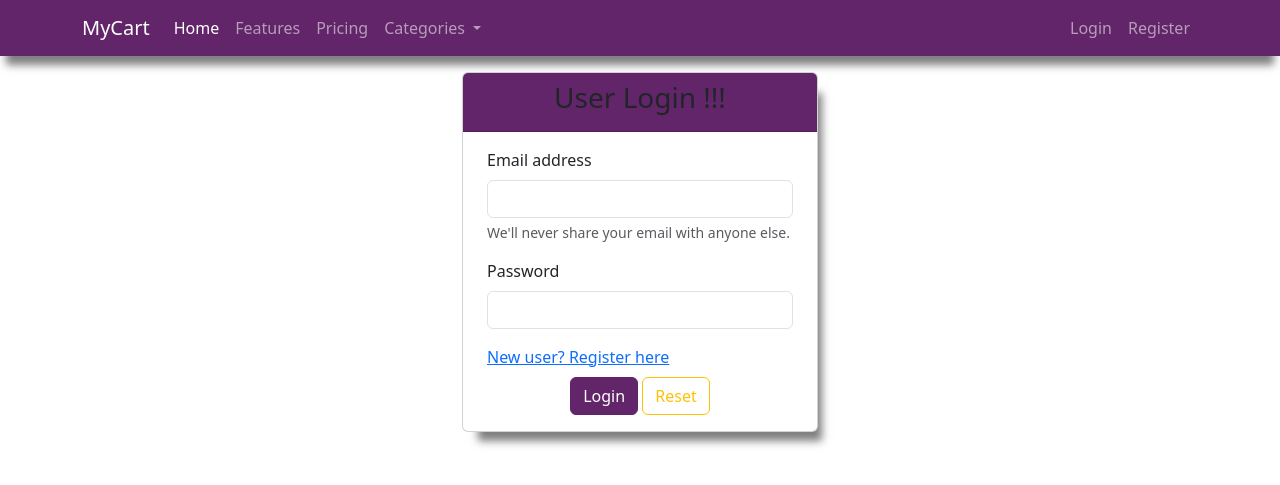
Repository: siddhant-gore/java-ecommerce
Page: http://localhost/myCart/login.jsp
The author's editor kept a copy of each file at every save. The page is drawn from the files as they stood at one save, then again after the next save.
The browser window is 1280 px wide. The pictures show the whole page.
The page is served by Tomcat 9.

Above is the page before, as saved 2023-05-09 11:25:56.

After the next save:
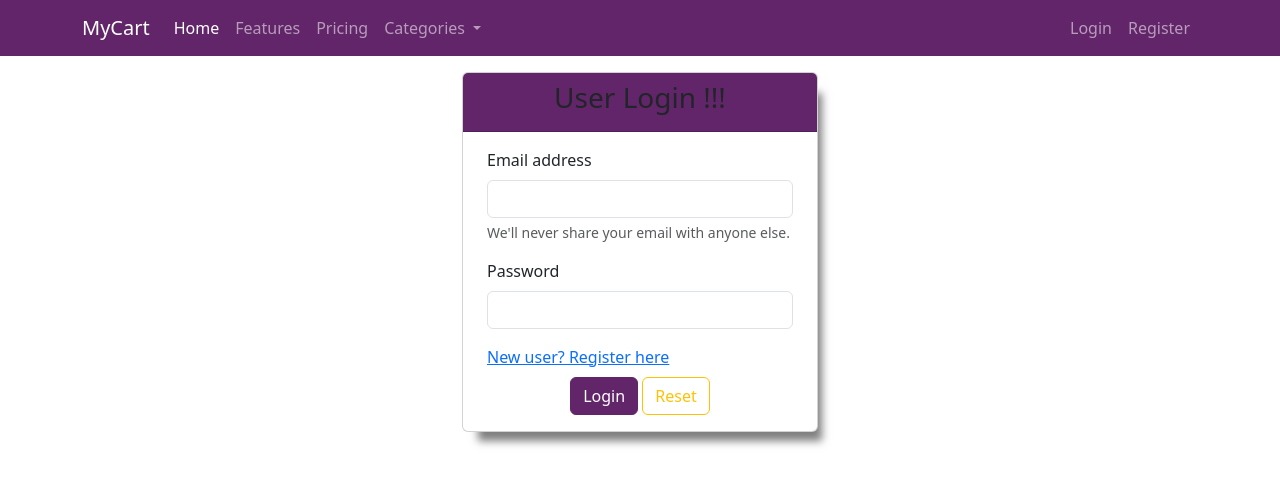
Saved 16 min 56 s later.
--- a/myCart/src/main/webapp/css/style.css
+++ b/myCart/src/main/webapp/css/style.css
@@ -8,7 +8,7 @@
 	background: var(--theme-color) !important;
 }
 
-.navbar{
+.element-shadow{
 	box-shadow: 0px 15px 8px -6px rgba(0, 0, 0, .5);
 }
 

After the save that followed:
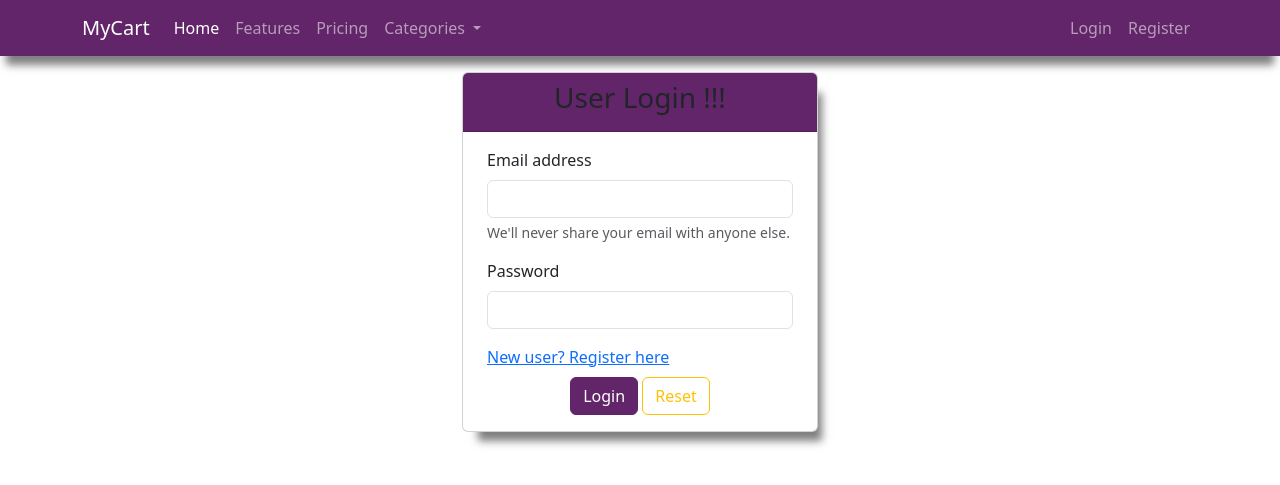
Saved 11 s later.
--- a/myCart/src/main/webapp/components/navbar.jsp
+++ b/myCart/src/main/webapp/components/navbar.jsp
@@ -3,7 +3,7 @@
 		User user1 = (User)session.getAttribute("current-user");
 %>
 
-<nav class="navbar navbar-expand-lg navbar-dark navbar mb-3 bg-body-tertiary mycart-bg">
+<nav class="element-shadow navbar-expand-lg navbar-dark navbar mb-3 bg-body-tertiary mycart-bg">
 
 
   <div class="container">
